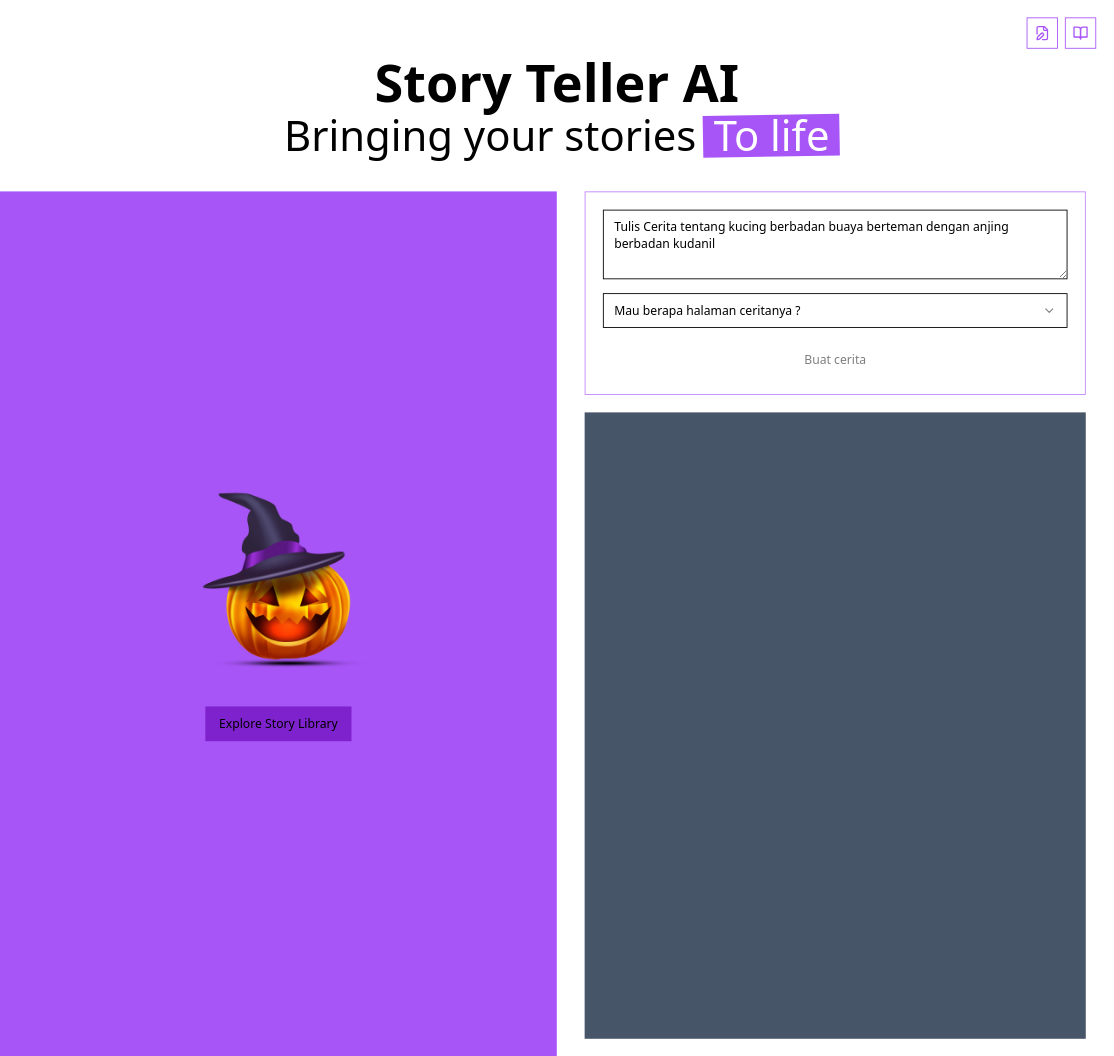
Repository: KilluaProject/story-tellerAI
Page: /
The author's editor kept a copy of each file at every save. The page is drawn from the files as they stood at one save, then again after the next save.
The browser window is 1280 px wide. The pictures show the whole page, at 87% of full size.
The project was rebuilt for these pictures with package versions that can differ from the ones it lists, and the page was loaded fresh each time. The framework's server and built-in components were replaced by stand-ins that run in the browser. Also part of the build but not shown: next.config.mjs.

Above is the page before, as saved 2024-06-25 14:09:51.

### app/layout.tsx
import type { Metadata } from "next";
import { Inter } from "next/font/google";
import "./globals.css";
import Header from "@/components/Header";

const inter = Inter({ subsets: ["latin"] });

export const metadata: Metadata = {
  title: "Story Telling AI",
  description: "Generated by create next app",
};

export default function RootLayout({
  children,
}: Readonly<{
  children: React.ReactNode;
}>) {
  return (
    <html lang="en">
      <body className="flex flex-col min-h-screen">
        <Header/>
        {children}

      </body>
    </html>
  );
}

### app/page.tsx
import { Button } from "@/components/ui/button";
import Image from "next/image";
import Link from "next/link";
import logo from "/images/logo.png"
import StoryWriter from "@/components/StoryWriter";
export default function Home() {
  return (
    <main className="mt-10 flex-1 flex flex-col">
      <section className="flex-1 grid grid-cols-1 lg:grid-cols-2">
        <div className="flex flex-col bg-purple-500  gap-5 justify-center items-center order-1 lg:-order-1 pb-10 ">

          <Image alt="logo" width={250} height={250} src={logo}/>
          <Button asChild className="bg-purple-700">
            <Link href={'/story'}>Explore Story Library</Link>
          </Button>
        </div>

        <StoryWriter/>
      </section>
    </main>
  );
}

### components/Header.tsx
import Link from 'next/link'
import React from 'react'
import { Button } from './ui/button'
import { BookOpen, FilePen } from 'lucide-react'

const Header = () => {
  return (
    <header className='container relative pt-16'>
        <Link href={'/'}>
            <h1 className='text-center text-6xl font-black '>Story Teller AI</h1>
            <div className='flex space-x-5 text-3xl lg:text-5xl justify-center items-center whitespace-nowrap pt-2'>
                <h2 className=''>Bringing your stories</h2>
                <div className='relative'>
                    <div className='absolute bg-purple-500 -left-2 -top-1 -bottom-1 -right-2 md:-left-3 md:-top-0 md:-bottom-0 md:-right-3 -rotate-1'/>
                    <p className='relative text-white'>To life</p>
                </div>
            </div>
        </Link>
        {/* Nav Icon */}
        <div className='flex gap-2 absolute -top-5 right-5'>
            <Link href={'/'}>
                <FilePen className='w-8 h-8 lg:w-9 lg:h-9 mx-auto text-purple-500 mt-10 border border-purple-500 rounded-md p-2 hover:opacity-50 cursor-pointer'/>
            </Link>

            <Link href={'/stories'}>
                <BookOpen className='w-8 h-8 lg:w-9 lg:h-9 mx-auto text-purple-500 mt-10 border border-purple-500 rounded-md p-2 hover:opacity-50 cursor-pointer' />
            </Link>
        </div>
    </header>
  )
}

export default Header

### components/ui/button.tsx
import * as React from "react"
import { Slot } from "@radix-ui/react-slot"
import { cva, type VariantProps } from "class-variance-authority"

import { cn } from "@/lib/utils"

const buttonVariants = cva(
  "inline-flex items-center justify-center whitespace-nowrap rounded-md text-sm font-medium ring-offset-background transition-colors focus-visible:outline-none focus-visible:ring-2 focus-visible:ring-ring focus-visible:ring-offset-2 disabled:pointer-events-none disabled:opacity-50",
  {
    variants: {
      variant: {
        default: "bg-primary text-primary-foreground hover:bg-primary/90",
        destructive:
          "bg-destructive text-destructive-foreground hover:bg-destructive/90",
        outline:
          "border border-input bg-background hover:bg-accent hover:text-accent-foreground",
        secondary:
          "bg-secondary text-secondary-foreground hover:bg-secondary/80",
        ghost: "hover:bg-accent hover:text-accent-foreground",
        link: "text-primary underline-offset-4 hover:underline",
      },
      size: {
        default: "h-10 px-4 py-2",
        sm: "h-9 rounded-md px-3",
        lg: "h-11 rounded-md px-8",
        icon: "h-10 w-10",
      },
    },
    defaultVariants: {
      variant: "default",
      size: "default",
    },
  }
)

export interface ButtonProps
  extends React.ButtonHTMLAttributes<HTMLButtonElement>,
    VariantProps<typeof buttonVariants> {
  asChild?: boolean
}

const Button = React.forwardRef<HTMLButtonElement, ButtonProps>(
  ({ className, variant, size, asChild = false, ...props }, ref) => {
    const Comp = asChild ? Slot : "button"
    return (
      <Comp
        className={cn(buttonVariants({ variant, size, className }))}
        ref={ref}
        {...props}
      />
    )
  }
)
Button.displayName = "Button"

export { Button, buttonVariants }

### components/StoryWriter.tsx
'use client'

import React, { useState } from 'react'
import { Textarea } from './ui/textarea'
import { Select, SelectContent, SelectItem, SelectTrigger, SelectValue } from './ui/select'
import { Button } from './ui/button'

const StoryWriter = () => {

const [story,setStory] =useState<string>("");
const [pages,setPages] = useState<number>();

  return (
   <div className='container flex flex-col'>
    <section className='flex flex-1 flex-col border border-purple-400 p-5 rounded-md gap-4'>
        <Textarea
        value={story}
        onChange={(e) => setStory(e.target.value)}
        className='flex-1 text-black active:border-purple-400'
        placeholder='Tulis Cerita tentang kucing berbadan buaya berteman dengan anjing berbadan kudanil'/>

        <Select onValueChange={value => setPages(parseInt(value)) }>
            <SelectTrigger>
                <SelectValue className='placeholder:text-opacity-50 select-none' placeholder='Mau berapa halaman ceritanya ?'/>
            </SelectTrigger>

            <SelectContent >
                {Array.from({length: 10}, (_,i) => (

                    <SelectItem key={i} value={String(i+1)}>
                    { i + 1 }
                    </SelectItem>

                ))}
            </SelectContent>

        </Select>
        <Button
        disabled = {!story || !pages}
        className='w-full'>Buat cerita</Button>
    </section>

    <section className='flex-1 pb-5 mt-5'>
        <div className='flex flex-col-reverse w-full gap-2 bg-slate-600 text-gray-200 rounded-md font-mono h-screen p-10'>
           <div>

            </div>
        </div>
    </section>

   </div>
  )
}

export default StoryWriter

### components/ui/textarea.tsx
import * as React from "react"

import { cn } from "@/lib/utils"

export interface TextareaProps
  extends React.TextareaHTMLAttributes<HTMLTextAreaElement> {}

const Textarea = React.forwardRef<HTMLTextAreaElement, TextareaProps>(
  ({ className, ...props }, ref) => {
    return (
      <textarea
        className={cn(
          "flex min-h-[80px] w-full rounded-md border border-input bg-background px-3 py-2 text-sm ring-offset-background placeholder:text-muted-foreground focus-visible:outline-none focus-visible:ring-2 focus-visible:ring-ring focus-visible:ring-offset-2 disabled:cursor-not-allowed disabled:opacity-50",
          className
        )}
        ref={ref}
        {...props}
      />
    )
  }
)
Textarea.displayName = "Textarea"

export { Textarea }

### components/ui/select.tsx
"use client"

import * as React from "react"
import * as SelectPrimitive from "@radix-ui/react-select"
import { Check, ChevronDown, ChevronUp } from "lucide-react"

import { cn } from "@/lib/utils"

const Select = SelectPrimitive.Root

const SelectGroup = SelectPrimitive.Group

const SelectValue = SelectPrimitive.Value

const SelectTrigger = React.forwardRef<
  React.ElementRef<typeof SelectPrimitive.Trigger>,
  React.ComponentPropsWithoutRef<typeof SelectPrimitive.Trigger>
>(({ className, children, ...props }, ref) => (
  <SelectPrimitive.Trigger
    ref={ref}
    className={cn(
      "flex h-10 w-full items-center justify-between rounded-md border border-input bg-background px-3 py-2 text-sm ring-offset-background placeholder:text-muted-foreground focus:outline-none focus:ring-2 focus:ring-ring focus:ring-offset-2 disabled:cursor-not-allowed disabled:opacity-50 [&>span]:line-clamp-1",
      className
    )}
    {...props}
  >
    {children}
    <SelectPrimitive.Icon asChild>
      <ChevronDown className="h-4 w-4 opacity-50" />
    </SelectPrimitive.Icon>
  </SelectPrimitive.Trigger>
))
SelectTrigger.displayName = SelectPrimitive.Trigger.displayName

const SelectScrollUpButton = React.forwardRef<
  React.ElementRef<typeof SelectPrimitive.ScrollUpButton>,
  React.ComponentPropsWithoutRef<typeof SelectPrimitive.ScrollUpButton>
>(({ className, ...props }, ref) => (
  <SelectPrimitive.ScrollUpButton
    ref={ref}
    className={cn(
      "flex cursor-default items-center justify-center py-1",
      className
    )}
    {...props}
  >
    <ChevronUp className="h-4 w-4" />
  </SelectPrimitive.ScrollUpButton>
))
SelectScrollUpButton.displayName = SelectPrimitive.ScrollUpButton.displayName

const SelectScrollDownButton = React.forwardRef<
  React.ElementRef<typeof SelectPrimitive.ScrollDownButton>,
  React.ComponentPropsWithoutRef<typeof SelectPrimitive.ScrollDownButton>
>(({ className, ...props }, ref) => (
  <SelectPrimitive.ScrollDownButton
    ref={ref}
    className={cn(
      "flex cursor-default items-center justify-center py-1",
      className
    )}
    {...props}
  >
    <ChevronDown className="h-4 w-4" />
  </SelectPrimitive.ScrollDownButton>
))
SelectScrollDownButton.displayName =
  SelectPrimitive.ScrollDownButton.displayName

const SelectContent = React.forwardRef<
  React.ElementRef<typeof SelectPrimitive.Content>,
  React.ComponentPropsWithoutRef<typeof SelectPrimitive.Content>
>(({ className, children, position = "popper", ...props }, ref) => (
  <SelectPrimitive.Portal>
    <SelectPrimitive.Content
      ref={ref}
      className={cn(
        "relative z-50 max-h-96 min-w-[8rem] overflow-hidden rounded-md border bg-popover text-popover-foreground shadow-md data-[state=open]:animate-in data-[state=closed]:animate-out data-[state=closed]:fade-out-0 data-[state=open]:fade-in-0 data-[state=closed]:zoom-out-95 data-[state=open]:zoom-in-95 data-[side=bottom]:slide-in-from-top-2 data-[side=left]:slide-in-from-right-2 data-[side=right]:slide-in-from-left-2 data-[side=top]:slide-in-from-bottom-2",
        position === "popper" &&
          "data-[side=bottom]:translate-y-1 data-[side=left]:-translate-x-1 data-[side=right]:translate-x-1 data-[side=top]:-translate-y-1",
        className
      )}
      position={position}
      {...props}
    >
      <SelectScrollUpButton />
      <SelectPrimitive.Viewport
        className={cn(
          "p-1",
          position === "popper" &&
            "h-[var(--radix-select-trigger-height)] w-full min-w-[var(--radix-select-trigger-width)]"
        )}
      >
        {children}
      </SelectPrimitive.Viewport>
      <SelectScrollDownButton />
    </SelectPrimitive.Content>
  </SelectPrimitive.Portal>
))
SelectContent.displayName = SelectPrimitive.Content.displayName

const SelectLabel = React.forwardRef<
  React.ElementRef<typeof SelectPrimitive.Label>,
  React.ComponentPropsWithoutRef<typeof SelectPrimitive.Label>
>(({ className, ...props }, ref) => (
  <SelectPrimitive.Label
    ref={ref}
    className={cn("py-1.5 pl-8 pr-2 text-sm font-semibold", className)}
    {...props}
  />
))
SelectLabel.displayName = SelectPrimitive.Label.displayName

const SelectItem = React.forwardRef<
  React.ElementRef<typeof SelectPrimitive.Item>,
  React.ComponentPropsWithoutRef<typeof SelectPrimitive.Item>
>(({ className, children, ...props }, ref) => (
  <SelectPrimitive.Item
    ref={ref}
    className={cn(
      "relative flex w-full cursor-default select-none items-center rounded-sm py-1.5 pl-8 pr-2 text-sm outline-none focus:bg-accent focus:text-accent-foreground data-[disabled]:pointer-events-none data-[disabled]:opacity-50",
      className
    )}
    {...props}
  >
    <span className="absolute left-2 flex h-3.5 w-3.5 items-center justify-center">
      <SelectPrimitive.ItemIndicator>
        <Check className="h-4 w-4" />
      </SelectPrimitive.ItemIndicator>
    </span>

    <SelectPrimitive.ItemText>{children}</SelectPrimitive.ItemText>
  </SelectPrimitive.Item>
))
SelectItem.displayName = SelectPrimitive.Item.displayName

const SelectSeparator = React.forwardRef<
  React.ElementRef<typeof SelectPrimitive.Separator>,
  React.ComponentPropsWithoutRef<typeof SelectPrimitive.Separator>
>(({ className, ...props }, ref) => (
  <SelectPrimitive.Separator
    ref={ref}
    className={cn("-mx-1 my-1 h-px bg-muted", className)}
    {...props}
  />
))
SelectSeparator.displayName = SelectPrimitive.Separator.displayName

export {
  Select,
  SelectGroup,
  SelectValue,
  SelectTrigger,
  SelectContent,
  SelectLabel,
  SelectItem,
  SelectSeparator,
  SelectScrollUpButton,
  SelectScrollDownButton,
}

Loaded but not shown: app/globals.css (common file); lib/utils.ts (common file); tailwind.config.ts (common file)

After the next save:
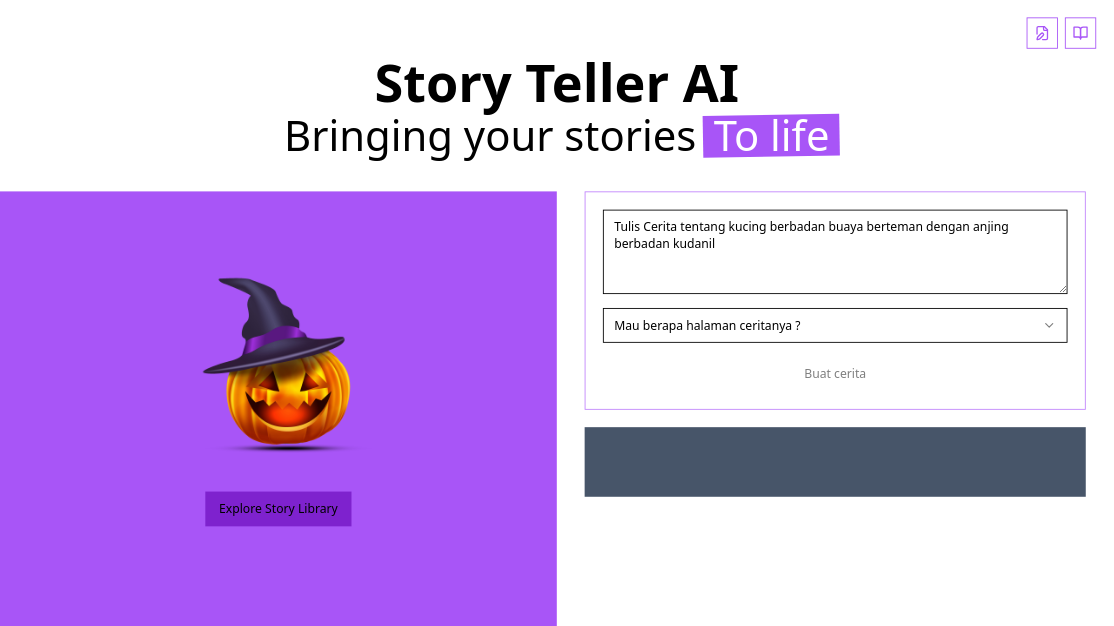
Saved 25 s later.
--- a/components/StoryWriter.tsx
+++ b/components/StoryWriter.tsx
@@ -41,7 +41,7 @@
     </section>
 
     <section className='flex-1 pb-5 mt-5'>
-        <div className='flex flex-col-reverse w-full gap-2 bg-slate-600 text-gray-200 rounded-md font-mono h-screen p-10'>
+        <div className='flex flex-col-reverse w-full gap-2 bg-slate-600 text-gray-200 rounded-md font-mono h p-10'>
            <div>
 
             </div>

After the save that followed:
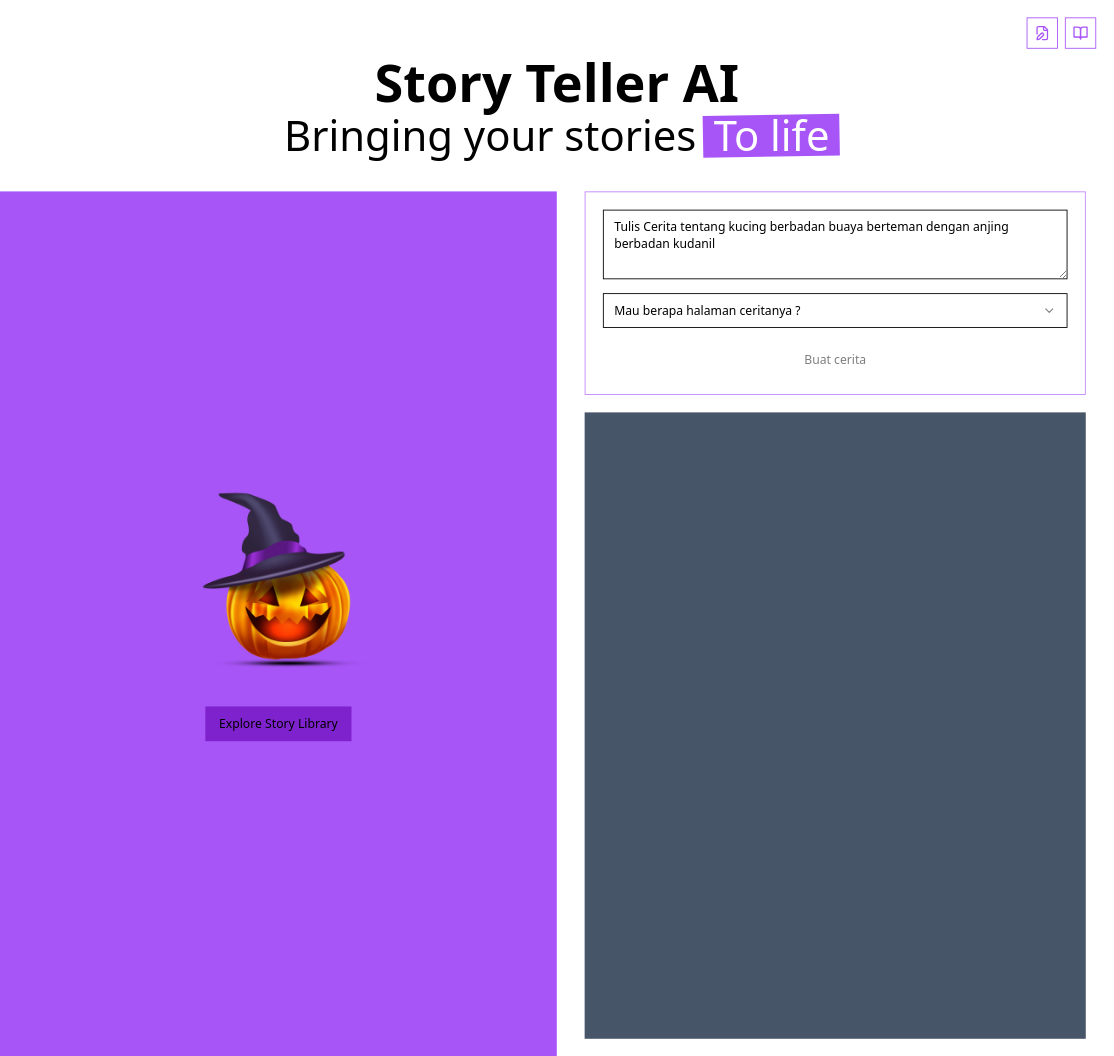
Saved 11 s later.
--- a/components/StoryWriter.tsx
+++ b/components/StoryWriter.tsx
@@ -41,7 +41,7 @@
     </section>
 
     <section className='flex-1 pb-5 mt-5'>
-        <div className='flex flex-col-reverse w-full gap-2 bg-slate-600 text-gray-200 rounded-md font-mono h p-10'>
+        <div className='flex flex-col-reverse w-full gap-2 bg-slate-600 text-gray-200 rounded-md font-mono min-h-screen p-10'>
            <div>
 
             </div>
